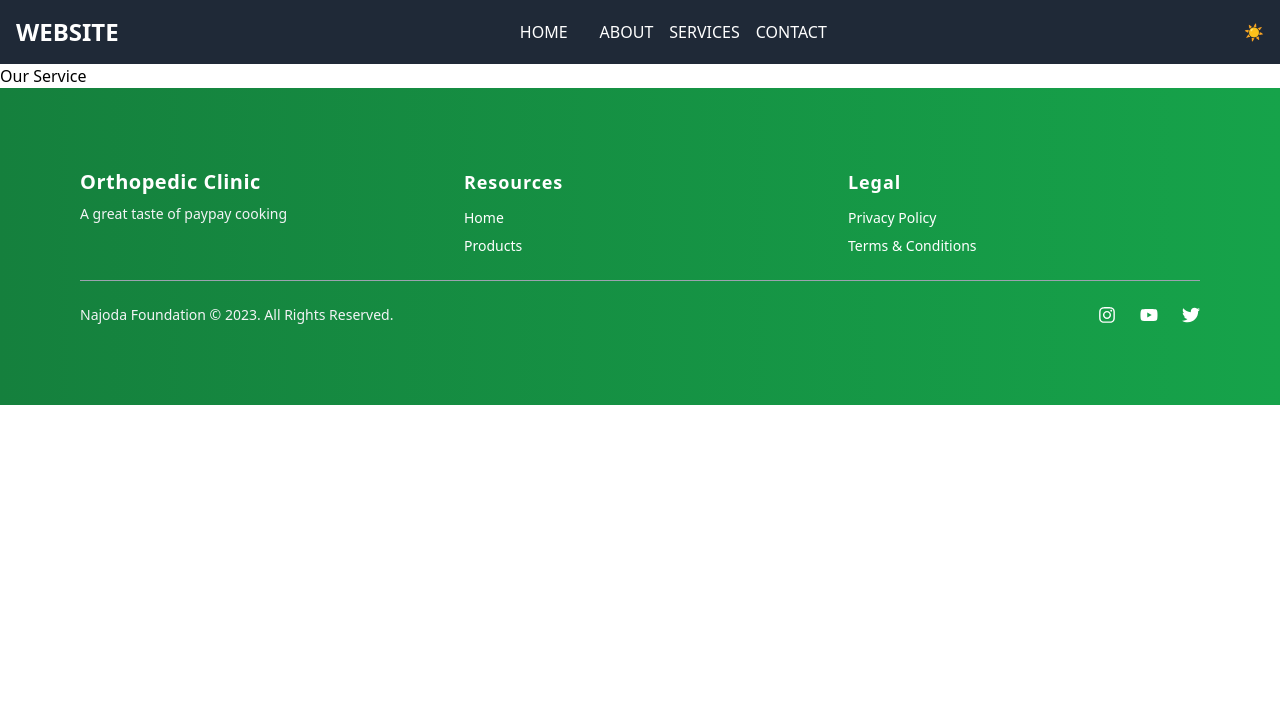
Repository: countaustin1990/file-C-Users-user-Documents-Final-20Cart
Page: /services (app in Documents/BXXXN/my-app/)
These files come from the project's save history. The page is drawn as it stood at one moment and after the next save; the edit follows.
The browser window is 1280 px wide. The pictures show the whole page.
The project was rebuilt for these pictures with package versions that can differ from the ones it lists, and the page was loaded fresh each time. Also part of the build but not shown: Documents/BXXXN/my-app/vite.config.js, Documents/BXXXN/my-app/src/components/folder/HeroSection.test.jsx, Documents/BXXXN/my-app/src/components/horizontalscroll/style.css, Documents/BXXXN/my-app/src/components/horizontalscroll/HorizontalScroll.jsx, Documents/BXXXN/my-app/src/pages/home/Home.test.jsx, Documents/BXXXN/my-app/src/pages/contact/Contact.jsx, Documents/BXXXN/my-app/src/pages/about/About.jsx.

Above is the page before, as saved 2024-10-23 23:10:11.

### Documents/BXXXN/my-app/src/App.jsx
import { BrowserRouter as Router, Routes, Route } from 'react-router-dom';
import Navbar from './components/navbar/Navbar.pro';
import Home from './pages/home/Home.test';
import Footer from './components/footer/Footer';
import { useEffect, useState } from 'react';
import Contact from './pages/contact/Contact';
import About from './pages/about/About';
import Services from './pages/services/Services';

const App = () => {
  const [theme, setTheme] = useState('dark');

  // Toggle theme function
  const toggleTheme = () => {
    const newTheme = theme === 'light' ? 'dark' : 'light';
    setTheme(newTheme);
    localStorage.setItem('theme', newTheme);
  };

  useEffect(() => {
    const savedTheme = localStorage.getItem('theme');
    if (savedTheme) {
      setTheme(savedTheme);
    } else {
      setTheme('dark'); // Default to dark mode
    }
  }, []);

  return (
    <Router>
      <Navbar toggleTheme={toggleTheme} theme={theme} />
      <Routes>
        <Route path="/home" element={<Home theme={theme} />} /> {/* Pass theme prop to Home */}
        {/* Add more routes as needed */}
        <Route path="/about" element={<About theme={theme} />} />
        <Route path="/services" element={<Services theme={theme} />} />
        <Route path="/contact" element={<Contact theme={theme} />} />
      </Routes>
      <Footer />
    </Router>
  );
};

export default App;

### Documents/BXXXN/my-app/src/index.css
@tailwind base;
@tailwind components;
@tailwind utilities;

/* Global Styles */
.app {
  transition: background-color 0.3s ease-in-out;
}

/* Light and Dark Mode Styles */
.light-mode {
  background-color: #f0f0f0;
  color: #000;
}

.dark-mode {
  background-color: #1e1e1e;
  color: #fff;
}

/* Hero Section */
.hero {
  display: flex;
  justify-content: center;
  align-items: center;
  height: 70svh;
  text-align: center;
}

.hero-content h1 {
  font-size: 2.5rem;
  margin-bottom: 1rem;
}

.hero-content p {
  font-size: 1.2rem;
  margin-bottom: 1.5rem;
}

.cta-button {
  padding: 0.75rem 1.5rem;
  font-size: 1rem;
  background-color: rgb(22 163 74);

  color: white;
  border: none;
  cursor: pointer;
  border-radius: 5px;
}

.cta-button:hover {
  background-color: #22923c;
}

/* Toggle Switch Styles */
.switch {
  position: relative;
  display: inline-block;
  width: 60px;
  height: 34px;
  margin-top: 20px;
}

.switch input {
  opacity: 0;
  width: 0;
  height: 0;
}

.slider {
  position: absolute;
  cursor: pointer;
  top: 0;
  left: 0;
  right: 0;
  bottom: 0;
  background-color: #ccc;
  transition: 0.4s;
  border-radius: 34px;
}

.slider:before {
  position: absolute;
  content: "";
  height: 26px;
  width: 26px;
  border-radius: 50%;
  left: 4px;
  bottom: 4px;
  background-color: white;
  transition: 0.4s;
}

input:checked + .slider {
  background-color: #5494de;
}

input:checked + .slider:before {
  transform: translateX(26px);
}

/* Decoration (Additional Styling) */
.decoration {
  position: absolute;
  right: 10px;
  top: 5px;
  width: 8px;
  height: 8px;
  background-color: yellow;
  border-radius: 50%;
  box-shadow: 0 0 5px 2px yellow;
}

### Documents/BXXXN/my-app/src/components/navbar/Navbar.pro.jsx
import PropTypes from 'prop-types';
import { useState } from 'react';
import { Link } from 'react-router-dom';

const Navbar = ({ theme, toggleTheme }) => {
  const [isMenuOpen, setIsMenuOpen] = useState(false);

  const handleMenuToggle = () => {
    setIsMenuOpen(!isMenuOpen);
  };

  return (
    <nav className={`navbar ${theme === 'light' ? 'bg-white text-black' : 'bg-gray-800 text-white'} transition-colors duration-300`}>
      <div className="container mx-auto flex justify-between items-center p-4">
        {/* Website Name */}
        <h1 className="text-2xl font-bold uppercase">Website</h1>

        {/* Links for Desktop */}
        <ul className="hidden md:flex space-x-4 uppercase">
          <li><Link to="home" className="hover:underline">Home</Link></li>
          <li><Link to="about" className="hover:underline">About</Link></li>
          <li><Link to="services" className="hover:underline">Services</Link></li>
          <li><Link to="contact" className="hover:underline">Contact</Link></li>
        </ul>

        {/* Theme Toggle Button */}
        <button onClick={toggleTheme} className="ml-4 toggle-theme" aria-label={`Switch to ${theme === 'light' ? 'dark' : 'light'} mode`}>
          {theme === 'light' ? '🌙' : '☀️'}
        </button>

        {/* Mobile Menu Button */}
        <button
          onClick={handleMenuToggle}
          className="block md:hidden focus:outline-none ml-4"
          aria-label="Toggle menu"
        >
          {isMenuOpen ? '✖' : '☰'} {/* Menu icon changes when clicked */}
        </button>
      </div>

      {/* Links for Mobile */}
      {isMenuOpen && (
        <ul className={`md:hidden p-4 space-y-2 ${theme === 'light' ? 'bg-white text-black' : 'bg-gray-800 text-white'}`}>
          <li><Link to="home" className="block">Home</Link></li>
          <li><Link to="about" className="block">About</Link></li>
          <li><Link to="services" className="block">Services</Link></li>
          <li><Link to="contact" className="block">Contact</Link></li>
        </ul>
      )}
    </nav>
  );
};

Navbar.propTypes = {
  theme: PropTypes.string.isRequired,
  toggleTheme: PropTypes.func.isRequired,
};

export default Navbar;

### Documents/BXXXN/my-app/src/components/footer/Footer.jsx
import { Link } from "react-router-dom";
import { FaYoutube, FaTwitter, FaInstagram } from "react-icons/fa";



const Footer = () => {
  const scrollToTop = () => {
    window.scrollTo({
      top: 0,
      behavior: 'smooth', // Smooth scroll
    });
  };
  return (
    <footer className="bg-gradient-to-r from-green-700 to-green-600 text-white p-16">
      <div className="w-full max-w-full p-4">
        <div className="grid grid-cols-1 md:grid-cols-3 gap-8">
          <div>
            <Link to="/" className="flex items-center space-x-5"  onClick={scrollToTop}>
              {/* Add Logo if necessary */}
              <span className="text-xl font-bold capitalize tracking-wide">
                Orthopedic Clinic
              </span>
            </Link>
            <p className="mt-2 text-sm text-gray-100">
              A great taste of paypay cooking
            </p>
          </div>

          <div>
            <h2 className="mb-3 text-lg font-semibold tracking-wider">
              Resources
            </h2>
            <ul className="space-y-2 text-sm">
              <li>
                <Link to="/" className="hover:text-gray-100 transition duration-300"  onClick={scrollToTop}>Home</Link>
              </li>
              <li>
                <Link to="/products" className="hover:text-gray-100 transition duration-300"  onClick={scrollToTop}>Products</Link>
              </li>
              {/*<li>
                <Link to="/services" className="hover:text-gray-100 transition duration-300">Services</Link>
              </li>
              <li>
                <Link to="/contact" className="hover:text-gray-100 transition duration-300">Contact</Link>
              </li>
              <li>
                <Link to="/blog" className="hover:text-gray-100 transition duration-300">Blog</Link>
              </li>*/}
            </ul>
          </div>

          <div>
            <h2 className="mb-3 text-lg font-semibold tracking-wider">
              Legal
            </h2>
            <ul className="space-y-2 text-sm">
              <li>
                <Link to="/privacy-policy" className="hover:text-gray-100 transition duration-300">Privacy Policy</Link>
              </li>
              <li>
                <Link to="/terms-conditions" className="hover:text-gray-100 transition duration-300">Terms & Conditions</Link>
              </li>
            </ul>
          </div>
        </div>

        <hr className="my-6 border-gray-400" />

        <div className="flex justify-between items-center">
          <span className="text-sm text-gray-100">
            Najoda Foundation © 2023. All Rights Reserved.
          </span>
          <div className="flex space-x-6">
            <a
              href="https://instagram.com"
              className="hover:text-white transition duration-300"
              target="_blank"
              rel="noopener noreferrer"
            >
              <FaInstagram size={18} />
              <span className="sr-only">Instagram</span>
            </a>
            <a
              href="https://youtube.com"
              className="hover:text-white transition duration-300"
              target="_blank"
              rel="noopener noreferrer"
            >
              <FaYoutube size={18} />
              <span className="sr-only">YouTube</span>
            </a>
            <a
              href="https://twitter.com"
              className="hover:text-white transition duration-300"
              target="_blank"
              rel="noopener noreferrer"
            >
              <FaTwitter size={18} />
              <span className="sr-only">Twitter</span>
            </a>
          </div>
        </div>
      </div>
    </footer>
  );
};

export default Footer;

### Documents/BXXXN/my-app/src/pages/services/Services.jsx


const Services = () => {
  return (
    <div>
      <h1>Our Service</h1>
    </div>
  )
}

export default Services

### Documents/BXXXN/my-app/src/components/folder/style.css
/* style.css */
.app.dark-mode {
  background-color: #1a1a2e;
  color: #fff;
}

.app.light-mode {
  background-color: #f4f4f9;
  color: #333;
}

.hero-content h1 {
  font-size: 3rem;
}

.cta-button {
  padding: 0.5rem 2rem;
  background-color: #15983e;
  color: white;
  border: none;
  border-radius: 0.25rem;
  cursor: pointer;
}

.cta-button:hover {
  background-color: #157b3c;
}

/* Dark/Light Mode Toggle Styles */
.switch {
  position: relative;
  display: inline-block;
  width: 60px;
  height: 34px;
}

.switch input {
  opacity: 0;
  width: 0;
  height: 0;
}

.slider {
  position: absolute;
  top: 0;
  left: 0;
  right: 0;
  bottom: 0;
  background-color: #ccc;
  border-radius: 34px;
}

.slider:before {
  position: absolute;
  content: "";
  height: 26px;
  width: 26px;
  left: 4px;
  bottom: 4px;
  background-color: white;
  border-radius: 50%;
  transition: 0.4s;
}

input:checked + .slider {
  background-color: #2196F3;
}

input:checked + .slider:before {
  transform: translateX(26px);
}

/* Additional Styles */
.flex {
  display: flex;
}

.space-x-4 > *:not(:last-child) {
  margin-right: 1rem;
}

Loaded but not shown: Documents/BXXXN/my-app/index.html (common file); Documents/BXXXN/my-app/src/main.jsx (common file); Documents/BXXXN/my-app/tailwind.config.js (common file)

After the next save:
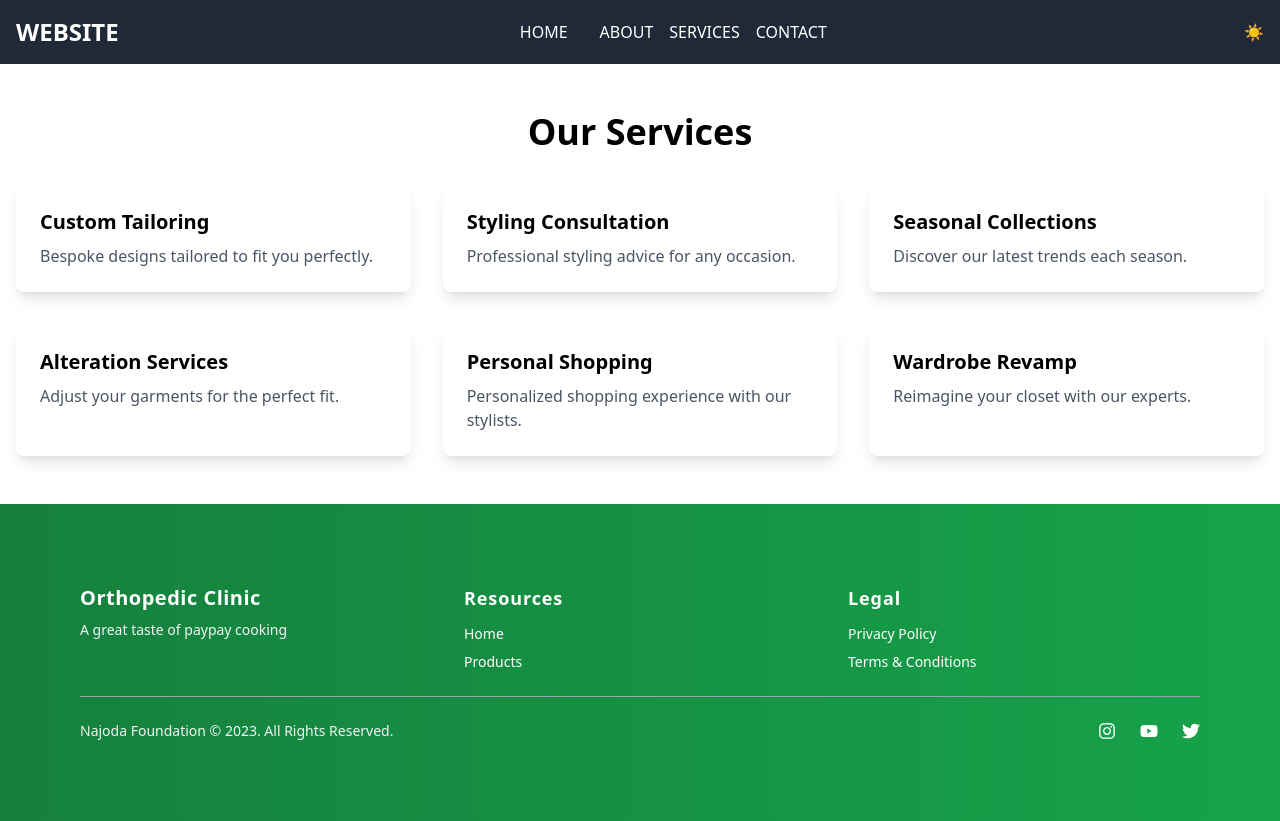
Saved 7 days later.
--- a/Documents/BXXXN/my-app/src/pages/services/Services.jsx
+++ b/Documents/BXXXN/my-app/src/pages/services/Services.jsx
@@ -1,11 +1,31 @@
-
+import React from 'react';
 
 const Services = () => {
+  const services = [
+    { title: "Custom Tailoring", description: "Bespoke designs tailored to fit you perfectly." },
+    { title: "Styling Consultation", description: "Professional styling advice for any occasion." },
+    { title: "Seasonal Collections", description: "Discover our latest trends each season." },
+    { title: "Alteration Services", description: "Adjust your garments for the perfect fit." },
+    { title: "Personal Shopping", description: "Personalized shopping experience with our stylists." },
+    { title: "Wardrobe Revamp", description: "Reimagine your closet with our experts." },
+  ];
+
   return (
-    <div>
-      <h1>Our Service</h1>
+    <div className="container mx-auto py-12 px-4">
+      <h1 className="text-4xl font-bold text-center mb-8">Our Services</h1>
+      <div className="grid grid-cols-1 md:grid-cols-2 lg:grid-cols-3 gap-8">
+        {services.map((service, index) => (
+          <div
+            key={index}
+            className="bg-white p-6 shadow-lg rounded-lg transition-transform transform hover:scale-105"
+          >
+            <h2 className="text-xl font-semibold mb-2">{service.title}</h2>
+            <p className="text-gray-600">{service.description}</p>
+          </div>
+        ))}
+      </div>
     </div>
-  )
-}
+  );
+};
 
-export default Services
+export default Services;
